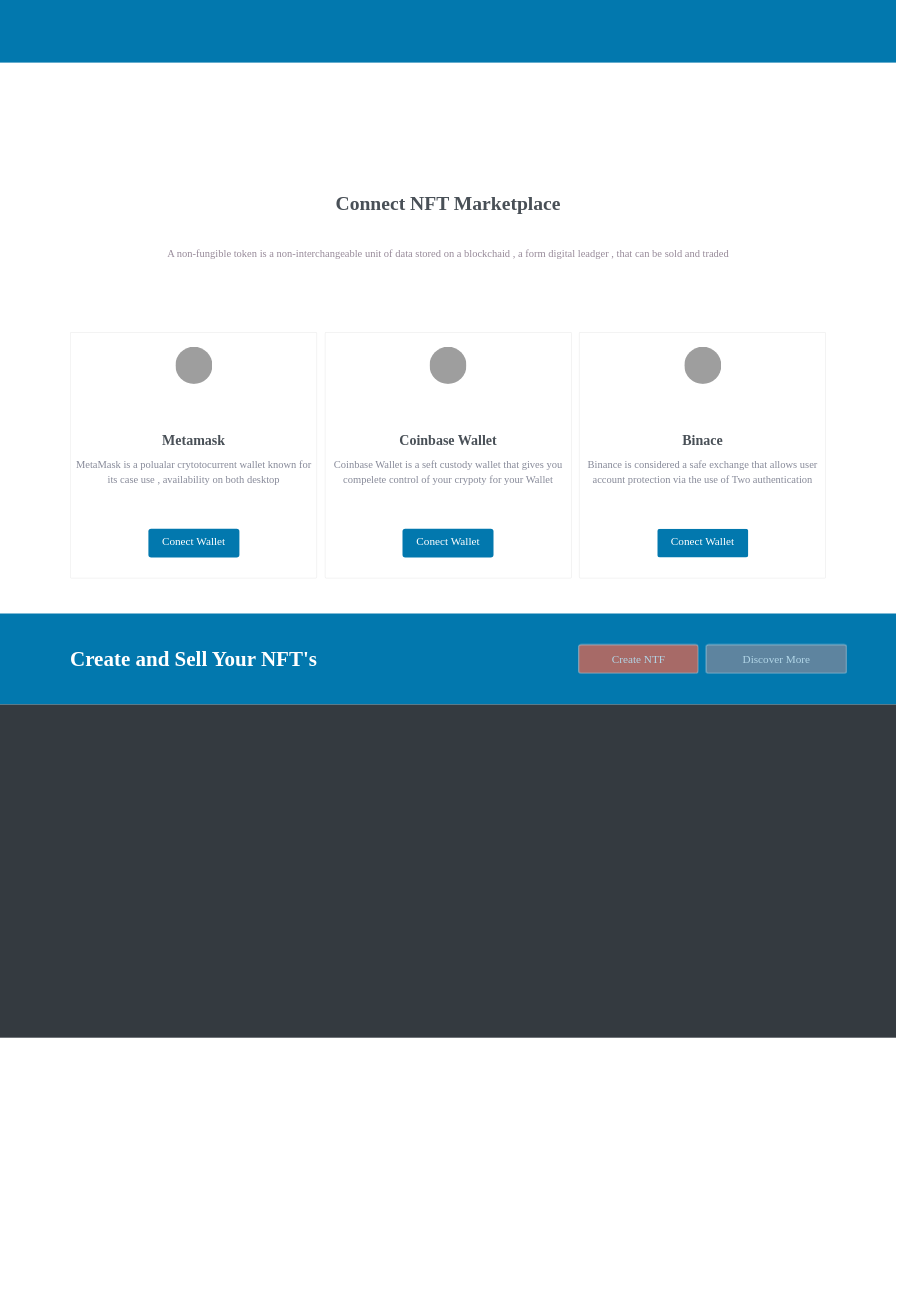
Repository: HuynhDuc23/Webvideodesgin
Page: index.html
The author's editor kept a copy of each file at every save. The page is drawn from the files as they stood at one save, then again after the next save.
The browser window is 1280 px wide. The page is 1293 px wide, so the pictures cover 1293 px, including what lies to the right of the window. The pictures show the part of the page from y = 579 to 2459 px (the page is 5520 px tall), at 70% of full size.
Pictures or frames that could not be fetched are drawn as grey boxes. The style sheet was rebuilt from its Sass, Less or Tailwind sources for each picture, by a compiler version that may differ from the author's.

Above is the page before, as saved 2023-04-26 09:50:51.

After the next save:
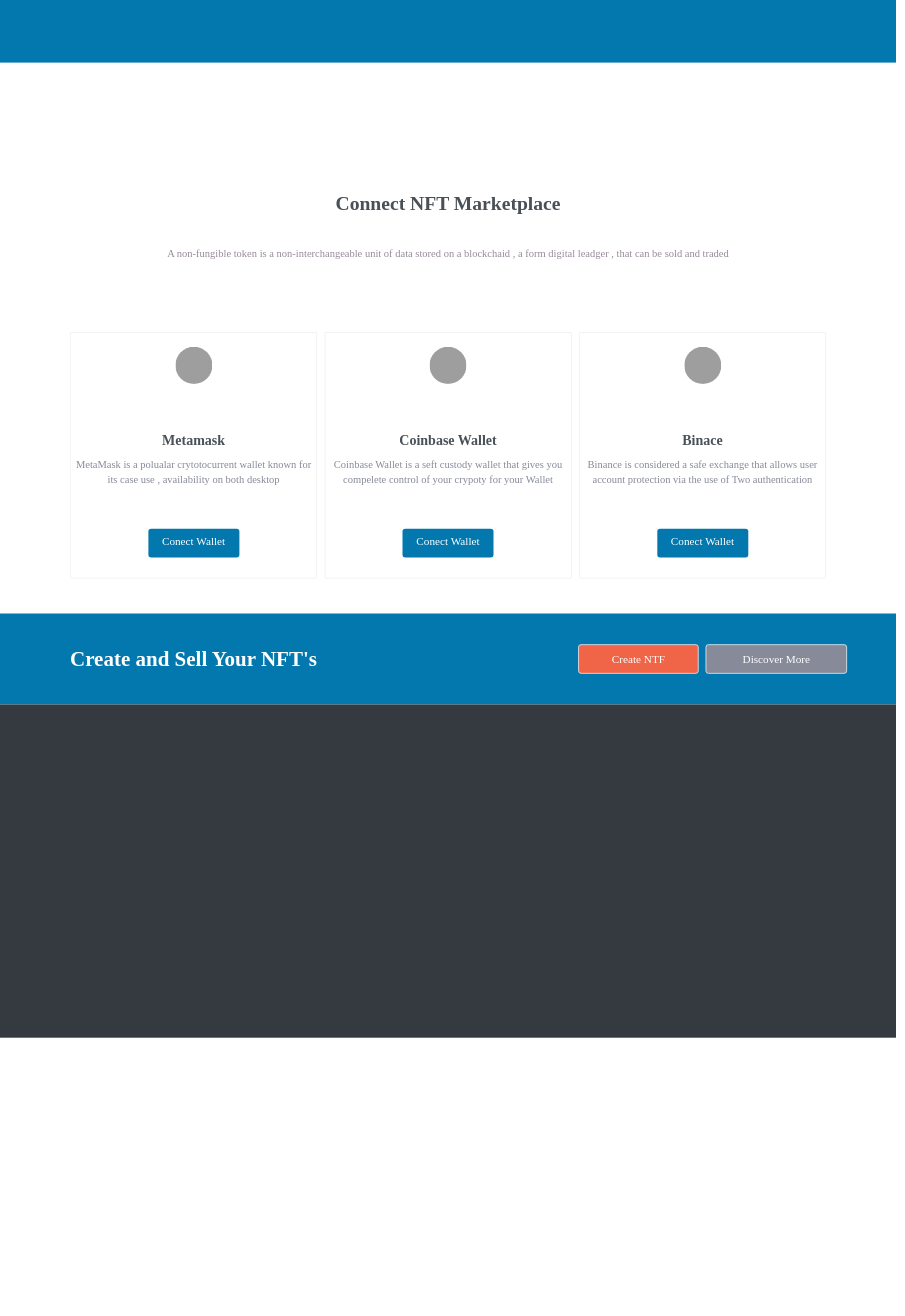
Saved 10 s later.
--- a/style.scss
+++ b/style.scss
@@ -288,7 +288,7 @@
                 border-radius: 4px;
                 position: relative;
                 cursor: pointer;
-                opacity: 0.7;
+                opacity: 1;
                 & > span {
                     line-height: 500;
                     color: white;
@@ -301,7 +301,7 @@
 
             }
             &__2 {
-                opacity: 0.7;
+                opacity: 1;
                 cursor: pointer;
                 margin-left: 10px;
                 padding-right: 70px;
